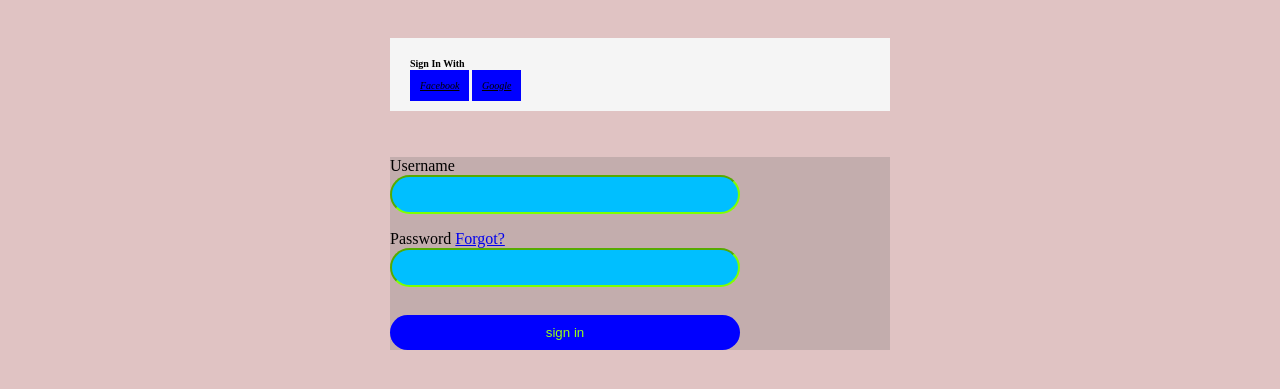
Repository: Tobby004/bdc-assignment-2
Page: index.html
The author's editor kept a copy of each file at every save. The page is drawn from the files as they stood at one save, then again after the next save.
The browser window is 1280 px wide. The pictures show the whole page.

Above is the page before, as saved 2023-02-08 21:43:47.

After the next save:
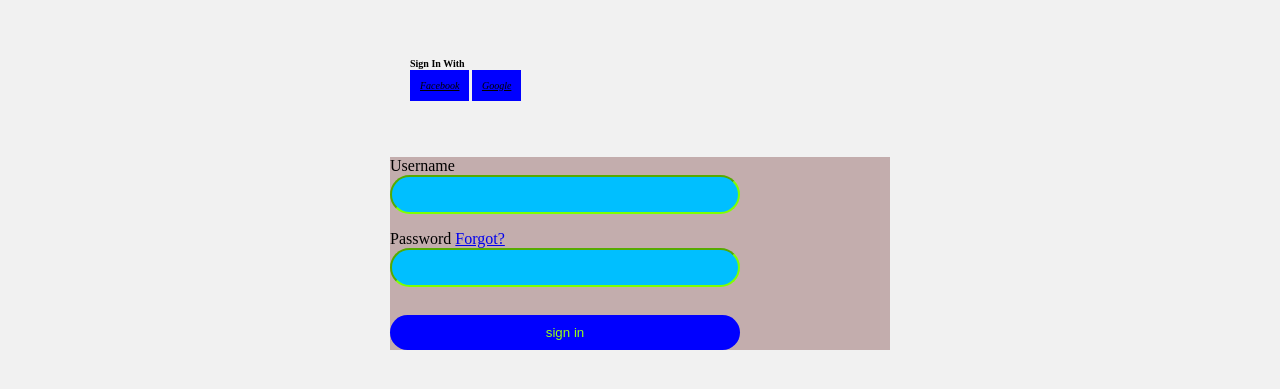
Saved 4 min 17 s later.
--- a/index.html
+++ b/index.html
@@ -20,6 +20,7 @@
             <a href="#">
                 Google
             </a>
+            </div>
         </header>
 
         <div class="form-input">
--- a/task.css
+++ b/task.css
@@ -2,7 +2,7 @@
     box-sizing: border-box;
 }
 body {
-    background-color: rgb(224, 195, 195);
+    background-color: #f1f1f1;
 }
 header{
     padding: 20px;
@@ -17,9 +17,7 @@ header a {
     color: black;
 }
 .flex-container{
-    background-color: whitesmoke;
-    margin: 10px;
-
+    margin:10px;
     display: block;
     padding: 20px;
     font-size: 10px;
@@ -28,7 +26,7 @@ header a {
 
 }
 header div {
-    display: inline;
+    display: flex;
     padding: 20px;
     font-size: 20px;
     max-width: 500px;
